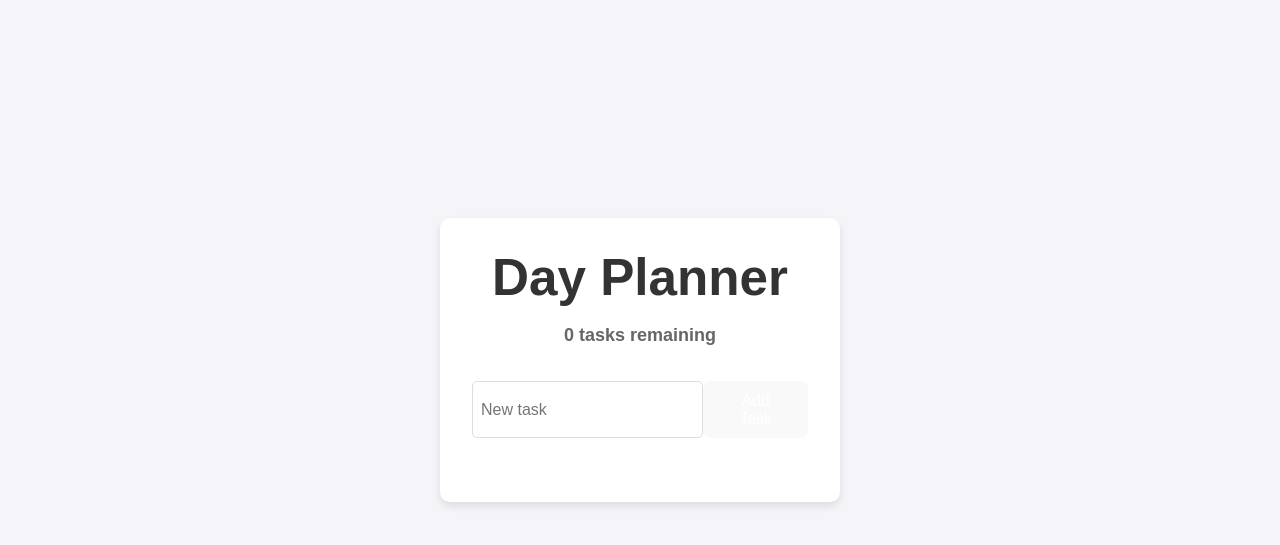
Repository: GavinPahal/lab5
Page: /
An editor plug-in stored every save of this project. The page is shown before and after the next save, followed by the edit.
The browser window is 1280 px wide. The pictures show the whole page.
The project was rebuilt for these pictures with package versions that can differ from the ones it lists, and the page was loaded fresh each time. Also part of the build but not shown: vite.config.js, components/Task.jsx.

Above is the page before, as saved 2024-10-11 17:16:51.

After the next save:
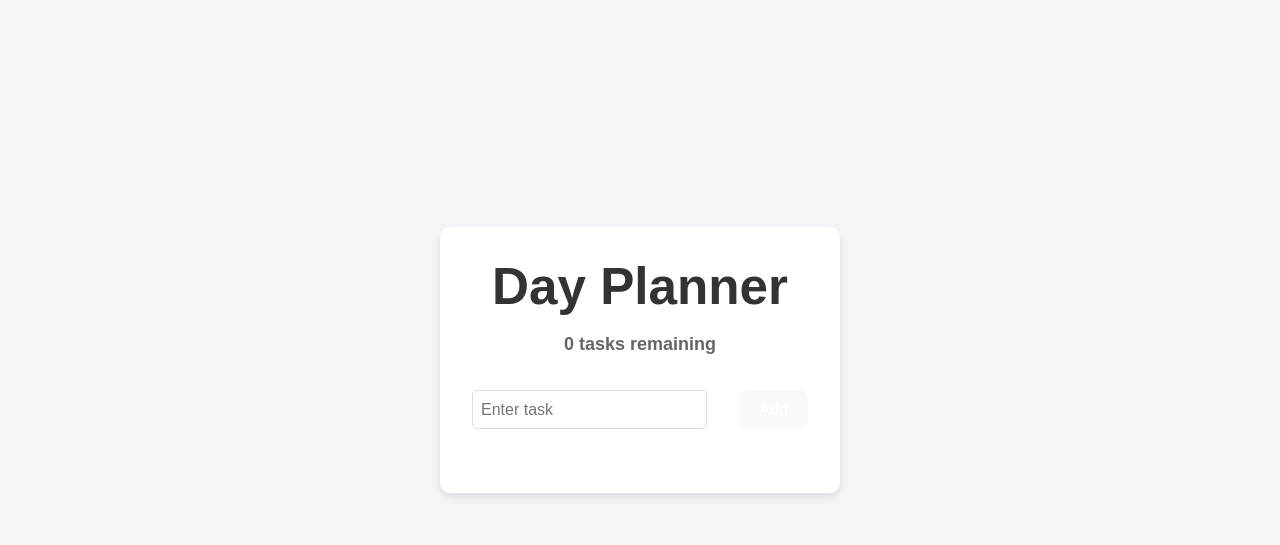
Saved 48 s later.
--- a/components/TaskForm.jsx
+++ b/components/TaskForm.jsx
@@ -18,9 +18,9 @@ function TaskForm({ addTask }) {
         type="text"
         value={taskName}
         onChange={(e) => setTaskName(e.target.value)}
-        placeholder="New task"
+        placeholder="Enter task"
       />
-      <button type="submit">Add Task</button>
+      <button type="submit">Add</button>
     </form>
   );
 }
